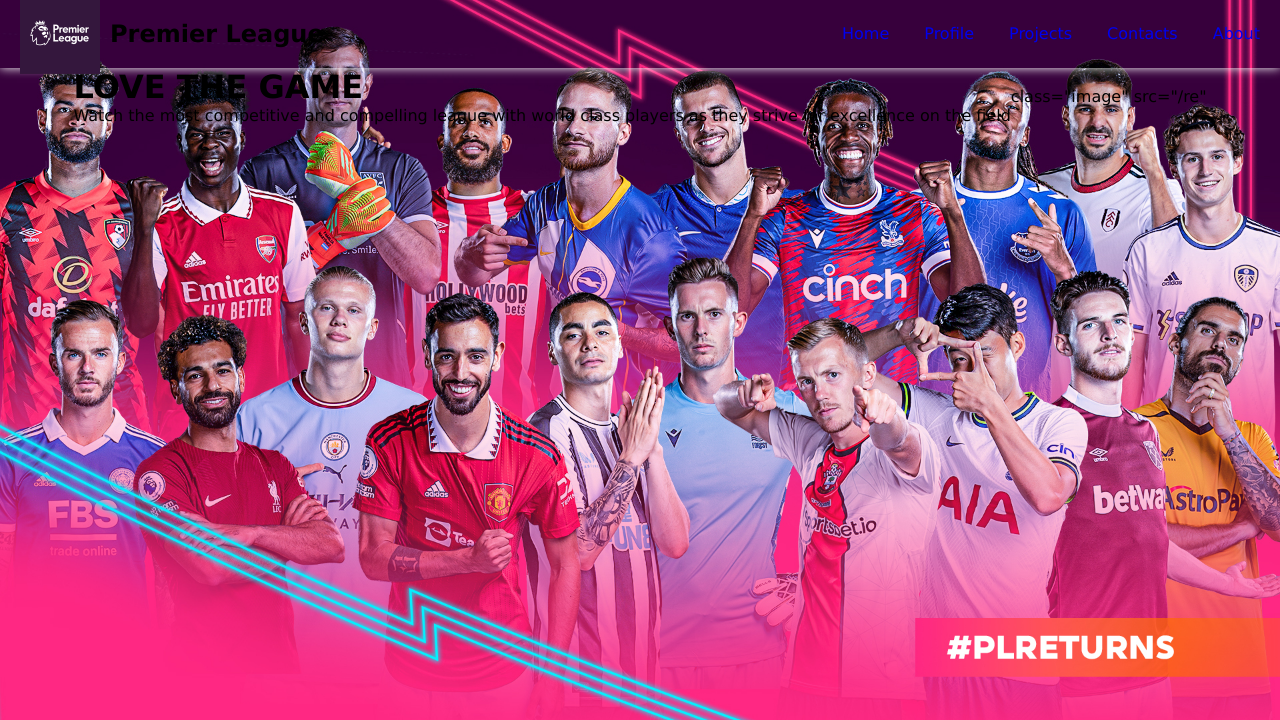
Repository: ogaziesam/simple-landing-page
Page: index.html
These files come from the project's save history. The page is drawn as it stood at one moment and after a run of saves; the edit follows.
The browser window is 1280 px wide. The pictures show the whole page.

Above is the page before, as saved 2023-08-12 00:47:37.

### index.html
<!DOCTYPE html>
<html lang="en">
<head>
    <meta charset="UTF-8">
    <meta name="viewport" content="width=device-width, initial-scale=1.0">
    <title>Landing Page</title>
    <link rel="stylesheet" href="/resources/css/style.css"/>
</head>
<body>
    <nav>
        <div class="heading">
            <img src="/resources/images/premier-league-logo-64B77E2F2E-seeklogo.com.png"
            alt="Logo Image"/>
            <h2 class ="nav_heading">Premier League</h2>
        </div>
        <ul>
            <li><a href="Home">Home</a></li>
            <li><a href="Profile">Profile</a></li>
            <li><a href="Projects">Projects</a></li>
            <li><a href="Contacts">Contacts</a></li>
            <li><a href="About">About</a></li>
        </ul>
    </nav>
    <main>
        <div class="content">
            <h1>LOVE THE GAME</h1>
            <p>Watch the most competitive and compelling league with world class players as they strive for excellence on the field
            </p>
        </div>
        class="image"
        src="/re"
    </main>

</body>
</html>

### resources/css/style.css
* {
    padding: 0;
    margin: 0;
    font-family: Verdana, Geneva, Tahoma, sans-serif;
}

.logo {
    width:80px;
    height: 80px;
}

body {
    background-image: url(/resources/images/321105434_883868013027395_2576485099436938498_n.jpg);
    background-size: cover;
    background-repeat: no-repeat;
}

nav {
    display:flex;
    align-items: center;
    justify-content: space-between;
    padding: 5px 20px;
    height: 8vh;
    box-shadow: 0 0 10px white;
}

.heading {
    display: flex;
    align-items: center;
    gap: 10px;
}

ul {
    display: flex;
    align-items: center;
    gap: 35px;
}

li {
    list-style: none;
}

a {
    text-decoration: none;
    font-weight: 500;
}

a:hover {
    text-decoration: underline;
}

main {
    display: flex;
    align-items: center;
    justify-content: center;
}

After the next 4 saves:
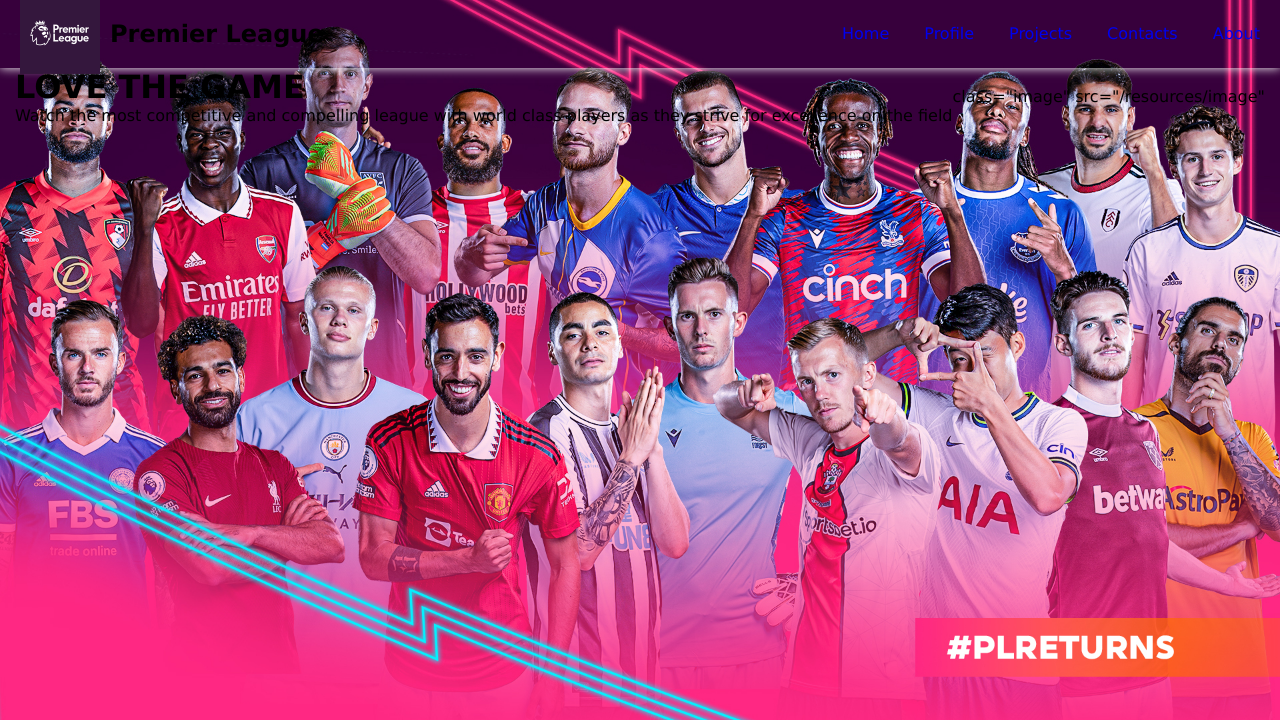
The 4 saves are shown as one change because they came seconds apart.
The last was saved 17 s later.
--- a/index.html
+++ b/index.html
@@ -28,7 +28,7 @@
             </p>
         </div>
         class="image"
-        src="/re"
+        src="/resources/image"
     </main>
 
 </body>
